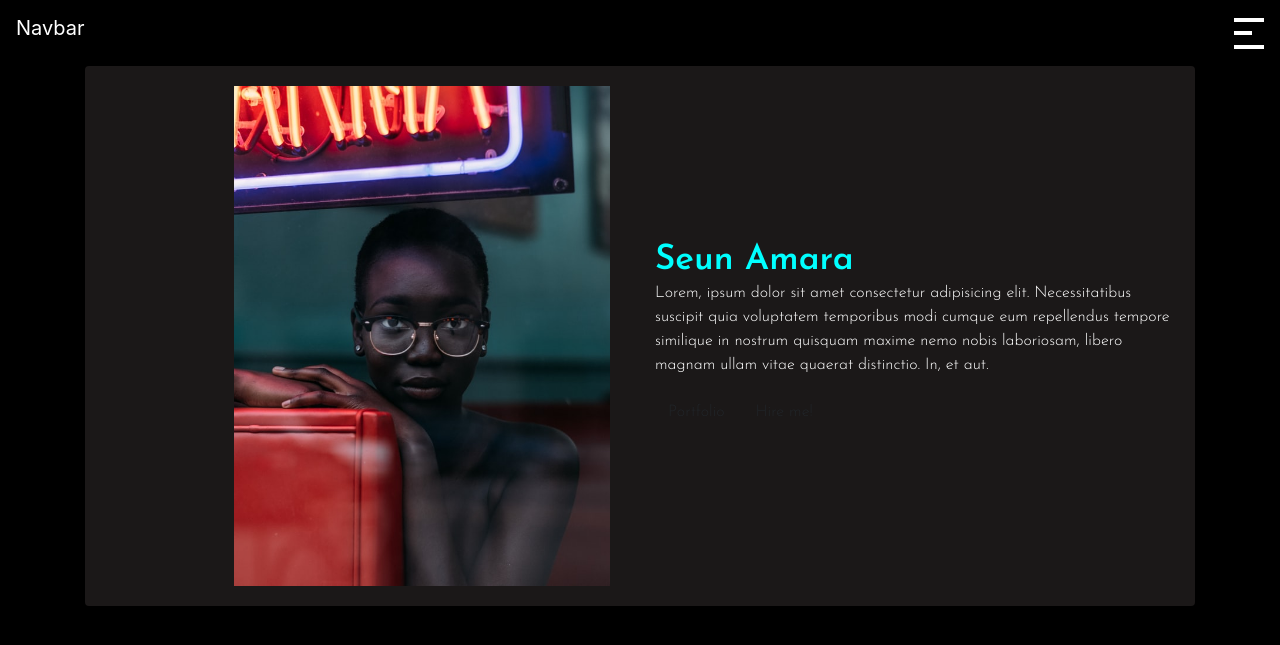
Repository: latenightsnacc/portfolio-site
Page: index.html
An editor plug-in stored every save of this project. The page is shown before and after the next save, followed by the edit.
The browser window is 1280 px wide. The pictures show the whole page.
The style sheet was rebuilt from its Sass, Less or Tailwind sources for each picture, by a compiler version that may differ from the author's.

Above is the page before, as saved 2020-08-03 14:38:15.

### index.html
<!DOCTYPE html>
<html lang="en">
<head>
    <meta charset="UTF-8">
    <meta name="viewport" content="width=device-width, initial-scale=1.0">
    <link rel="stylesheet" href="https://stackpath.bootstrapcdn.com/bootstrap/4.5.0/css/bootstrap.min.css" integrity="sha384-9aIt2nRpC12Uk9gS9baDl411NQApFmC26EwAOH8WgZl5MYYxFfc+NcPb1dKGj7Sk" crossorigin="anonymous">
    <link rel="stylesheet" href="styles/stylesheet.css">

    <title>Portfolio Site</title>
</head>
<body>
    <main>
        <!--Navigation-->
        <nav class="navbar navbar-light bg-dark">
            <div class="nav-top" id="top">
                <a class="navbar-brand" href="#">Navbar</a>
                <div class="menu-icon">
                    <span class="icon-long"></span>
                    <span class="icon-short"></span>
                    <span class="icon-long"></span>
                </div>
            </div>
        </nav>

        <div class="container">
            <div class="card">
                <div class="card-body">
                    <!--Horizontal Card-->
                    <div class="row">
                        <div class="col-s12 col-md-6 col-lg-6">
                            <div class="container img-box">
                                <img src="assets/HER.jpg" alt="Seun" />
                            </div>
                        </div>
                        <div class="col-s12 col-md-6 col-lg-6">
                            <div class="text-box">
                                <div class="name">Seun Amara</div>
                                <p>Lorem, ipsum dolor sit amet consectetur adipisicing elit.
                                    Necessitatibus suscipit quia voluptatem temporibus modi cumque eum repellendus
                                    tempore similique in nostrum quisquam maxime nemo nobis laboriosam, libero magnam
                                    ullam vitae quaerat distinctio. In, et aut.
                                </p>
                                <div class="btn-box">
                                    <button class="btn">Portfolio</button>
                                    <button class="btn">Hire me!</button>
                                </div>

                            </div>
                        </div>
                    </div>
                </div>
            </div>
        </div>

    </main>

    <script src="https://code.jquery.com/jquery-3.5.1.slim.min.js" integrity="sha384-DfXdz2htPH0lsSSs5nCTpuj/zy4C+OGpamoFVy38MVBnE+IbbVYUew+OrCXaRkfj" crossorigin="anonymous"></script>
    <script src="https://cdn.jsdelivr.net/npm/popper.js@1.16.0/dist/umd/popper.min.js" integrity="sha384-Q6E9RHvbIyZFJoft+2mJbHaEWldlvI9IOYy5n3zV9zzTtmI3UksdQRVvoxMfooAo" crossorigin="anonymous"></script>
    <script src="https://stackpath.bootstrapcdn.com/bootstrap/4.5.0/js/bootstrap.min.js" integrity="sha384-OgVRvuATP1z7JjHLkuOU7Xw704+h835Lr+6QL9UvYjZE3Ipu6Tp75j7Bh/kR0JKI" crossorigin="anonymous"></script>
</body>
</html>

### styles/stylesheet.scss
@import 'variables';

*{
    margin:0;
    padding: 0;
    text-decoration: none;
    list-style: none;

    a{
        text-decoration: none;

        &:hover {
            text-decoration: none;
        }
    }
}
body,html, .bg-dark {
    background-color: $dark!important;
}
.img-box {
    width: 100%;
    height: 100%;
    display: flex;
    justify-content: flex-end;
    img {
        height: 500px;
    }
}
.text-box {
    height: 100%;
    width: 100%;
    display: flex;
    flex-direction: column;
    justify-content: center;

}
.card {
    border: 0px !important;
    background-color: $bg-dark;
    color: $light;
    font-family: $font;

    .name {
        font-weight: $bold;
        color: #0ff;
        line-height: 40px;
        font-size: 35px;
    }
    p {
        color: $light;
        font-weight: $fontLight;
    }
}
.nav-top {
    display: flex;
    width: 100%;
    justify-content: space-between;
}
.navbar-brand {
    color: $light !important;
}
.menu-icon {
    display: flex;
    flex-direction: column;
    height: 50px;
    justify-content: space-evenly;
    .icon-long, .icon-short {
        border: 2px solid $light;
    }
    .icon-long {
        width: 30px;
    }
    .icon-short {
        width: 18px;
    }
}

### styles/_variables.scss
@import url('https://fonts.googleapis.com/css2?family=Josefin+Sans:wght@300;600&display=swap');
$font:'Josefin Sans', sans-serif;
$bold: 600;
$fontLight: 300;
$dark: black;
$light: white;
$bg-dark: rgb(27, 24, 24);
$bS:  .5px .5px 10px 3px #0ff;

After the next save:
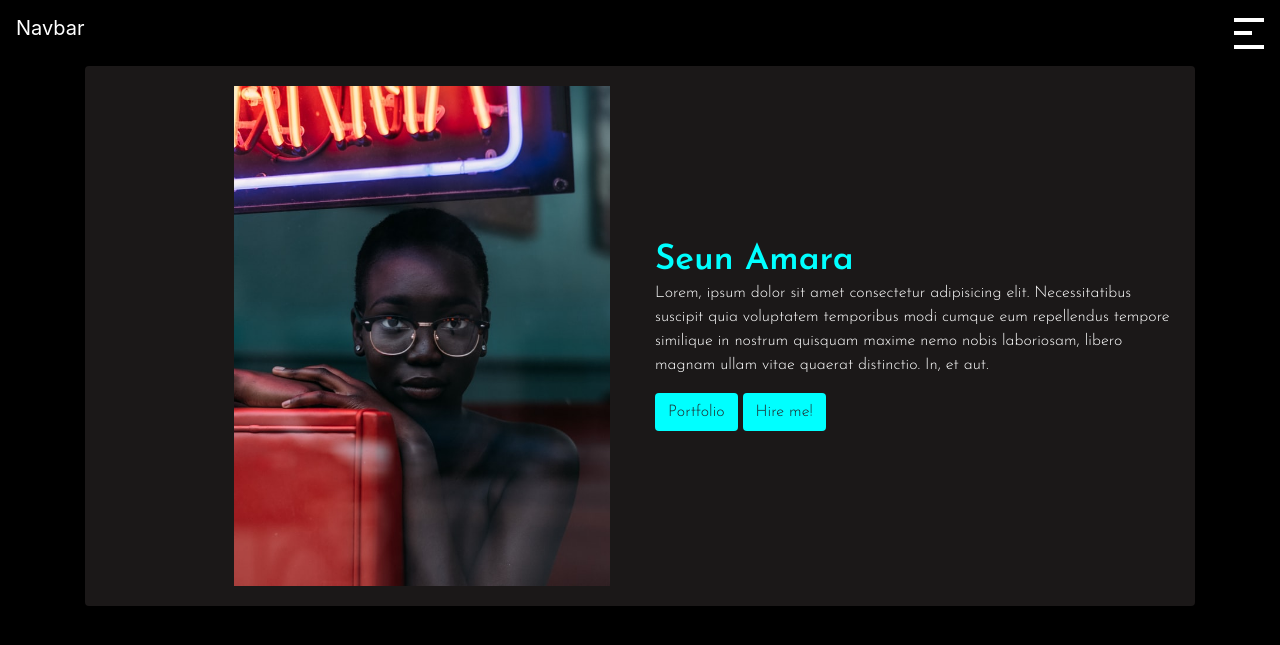
Saved 90 s later.
--- a/styles/stylesheet.scss
+++ b/styles/stylesheet.scss
@@ -16,6 +16,9 @@
 }
 body,html, .bg-dark {
     background-color: $dark!important;
+}
+.btn {
+    background-color: #0ff;
 }
 .img-box {
     width: 100%;
